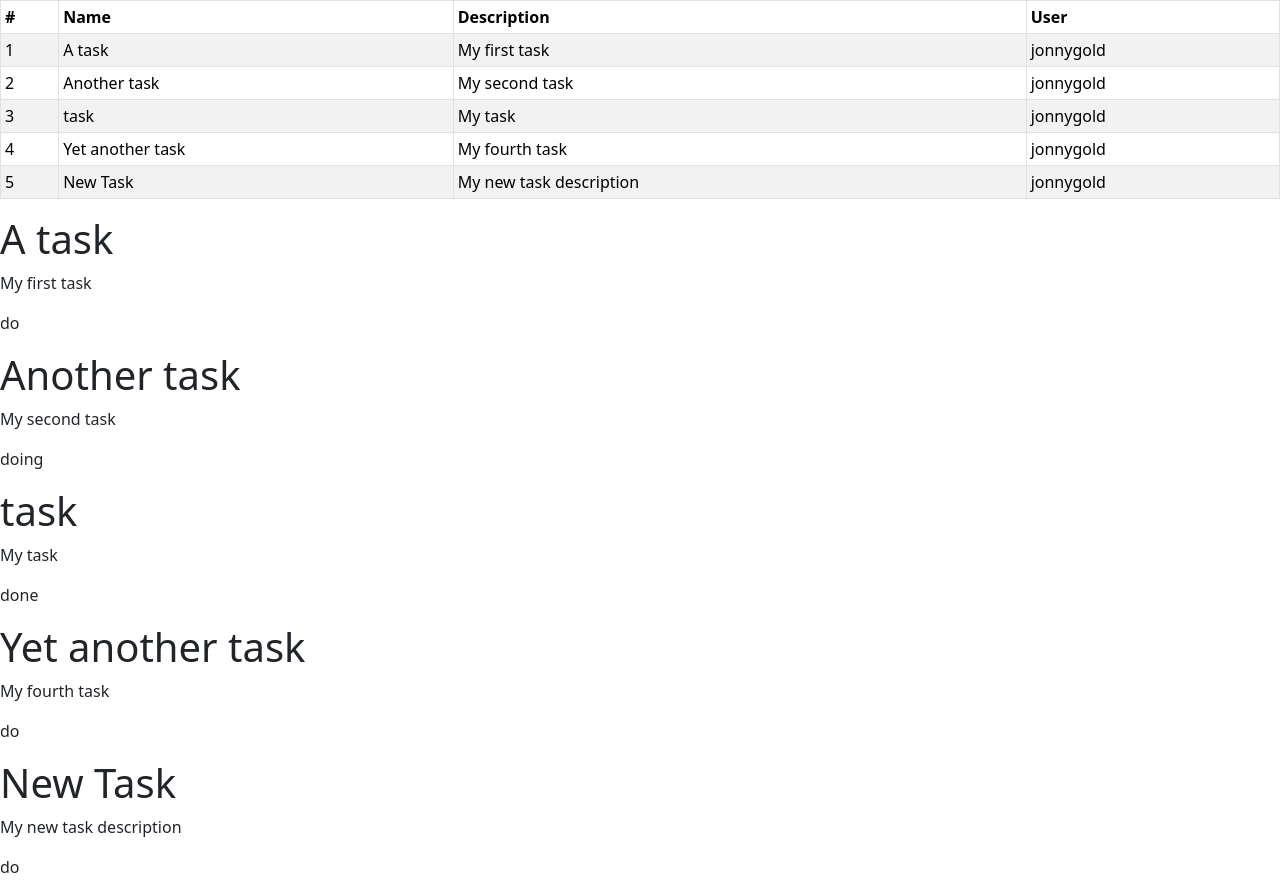
Repository: trider/react-task-app
Page: /tasks
These files come from the project's save history. The page is drawn as it stood at one moment and after the next save; the edit follows.
The browser window is 1280 px wide. The pictures show the whole page.
The project was rebuilt for these pictures with package versions that can differ from the ones it lists, and the page was loaded fresh each time. Also part of the build but not shown: src/pages/Login.js.

Above is the page before, as saved 2024-05-02 17:50:46.

### src/App.js

import 'bootstrap/dist/css/bootstrap.min.css';
import ReactDOM from "react-dom/client";
import { BrowserRouter, Routes, Route } from "react-router-dom";
import LoginForm from "./pages/Login";
import TaskList from "./pages/Task";


let App = () => {
  return (
    <div>
    <BrowserRouter>
      <Routes>
          <Route index element={<LoginForm />} />
          <Route path="login" element={<LoginForm />} />
          <Route path="tasks" element={<TaskList />} />
      </Routes>
    </BrowserRouter>






    </div>


  );
}


export default App;

### src/pages/Task.js
import Table from 'react-bootstrap/Table';

const userTasks= [
 {
   id: "6630ab326e723ac1ea6dce7a",
   description: "My first task",
   name: "A task",
   taskId: 1,
   user: "jonnygold",
   added: "2024-05-01T22:00:00.000Z",
   updated: "2024-05-01T14:16:01.119Z",
   status: "do",
   isActive: true
 },
 {
   id: "6630fe5d6e723ac1ea6dce7e",
   description: "My second task",
   name: "Another task",
   taskId: 2,
   user: "jonnygold",
   added: "2024-05-01T22:00:00.000Z",
   updated:"2024-05-01T14:16:01.119Z",
   status: "doing",
   isActive: true
 },
 {
   id: "6630fe826e723ac1ea6dce7f",
   description: "My task",
   name: "task",
   taskId: 3,
   user: "jonnygold",
   added: "2024-05-01T22:00:00.000Z",
   updated:"2024-05-01T14:16:01.119Z",
   status: "done",
   isActive: true
 },
 {
   id: "6631f17cc4c9b7f5ab3c28c3",
   name: "Yet another task",
   description: "My fourth task",
   user: "jonnygold",
   taskId: 4,
   added: "2024-05-01T22:00:00.000Z",
   updated:"2024-05-01T14:16:01.119Z",
   isActive: true,
   status: "do",

 },
 {
   id: "66323f0d54b80929f84ebdd2",
   user: "jonnygold",
   name: "New Task",
   description: "My new task description",
   status: "do",
   taskId: 5,
   added: "2024-05-01T22:00:00.000Z",
   updated:"2024-05-01T14:16:01.119Z",
   isActive: true,
 }

]

const TaskList = () => {
  return (
    <div>
      <Table striped bordered hover size="sm">
      <thead>
        <tr>
          <th>#</th>
          <th>Name</th>
          <th>Description</th>
          <th>User</th>
        </tr>
      </thead>
      <tbody>
        {userTasks.map((task) => (
          <tr key={task.id}>
            <td>{task.taskId}</td>
            <td>{task.name}</td>
            <td>{task.description}</td>
            <td>{task.user}</td>
          </tr>
        ))}

      </tbody>
    </Table>



      {userTasks.map((task) => (
        <div key={task.id}>
          <h1>{task.name}</h1>
          <p>{task.description}</p>
          <p>{task.status}</p>
        </div>
      ))}
    </div>
  );
}

export default TaskList;

Loaded but not shown: public/index.html (common file); src/index.js (common file); src/index.css (common file); src/reportWebVitals.js (common file)

After the next save:
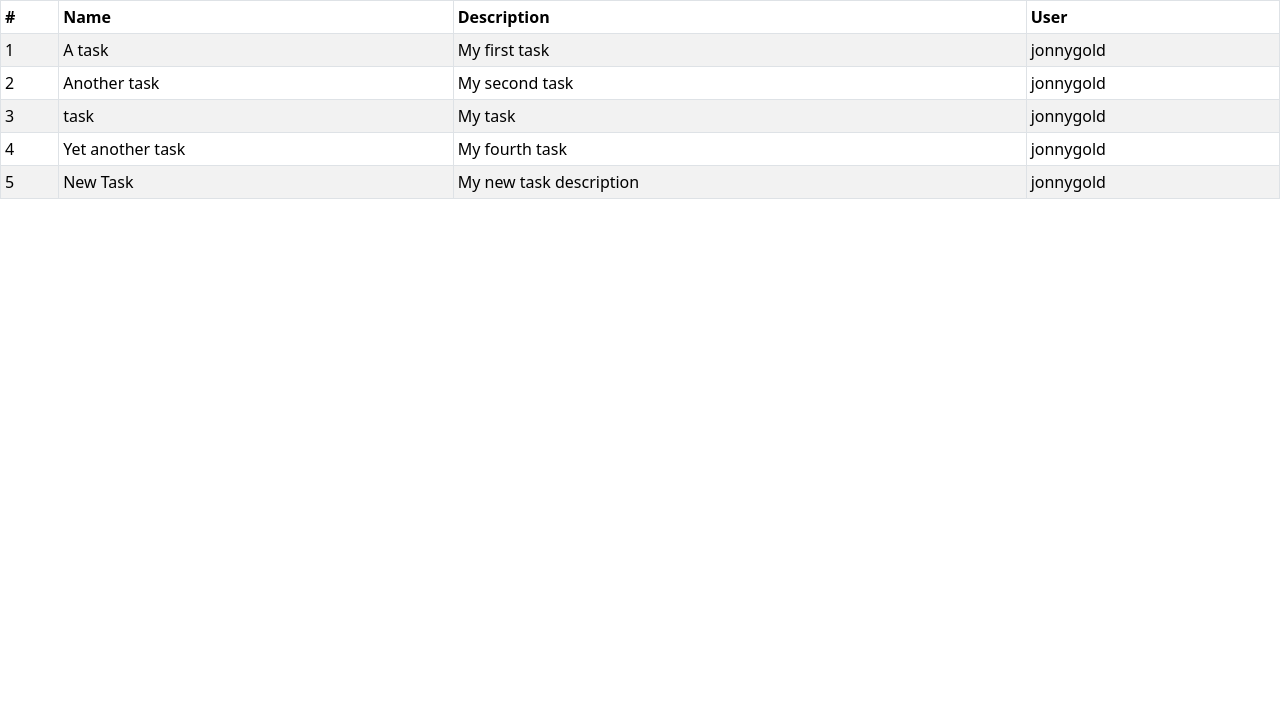
Saved 13 s later.
--- a/src/pages/Task.js
+++ b/src/pages/Task.js
@@ -87,13 +87,7 @@ const TaskList = () => {
 
 
 
-      {userTasks.map((task) => (
-        <div key={task.id}>
-          <h1>{task.name}</h1>
-          <p>{task.description}</p>
-          <p>{task.status}</p>
-        </div>
-      ))}
+
     </div>
   );
 }
